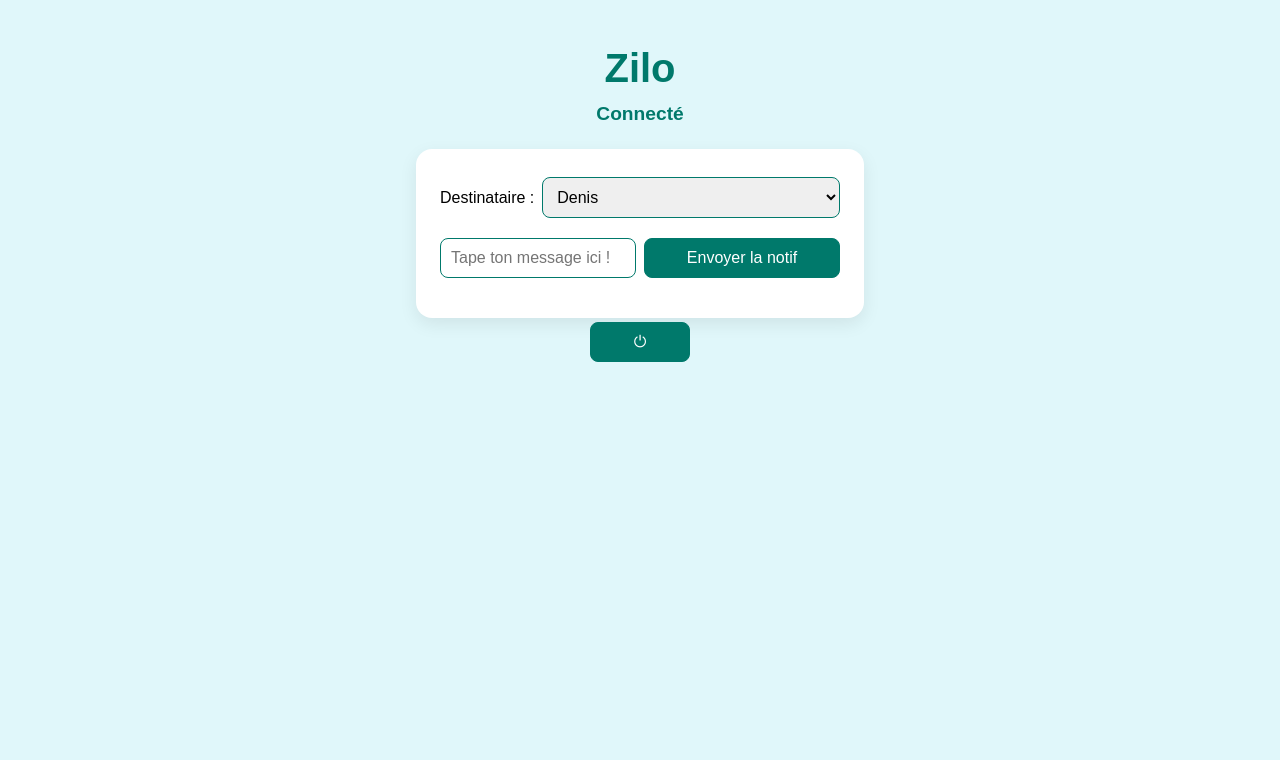
Repository: nlagardere/LumoNet
Page: public/index.html
These files come from the project's save history. The page is drawn as it stood at one moment and after a run of saves; the edit follows.
The browser window is 1280 px wide. The pictures show the whole page.

Above is the page before, as saved 2025-08-18 20:27:31.

After the next 3 saves:
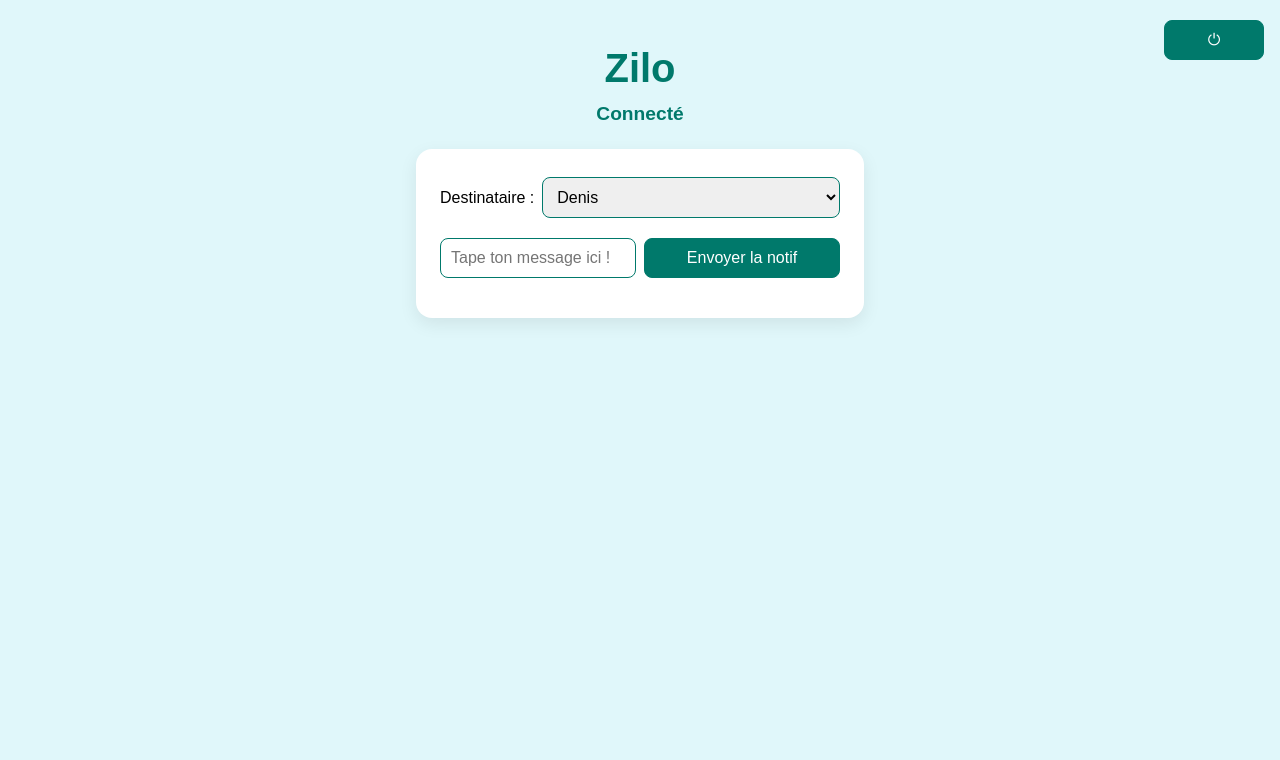
The 3 saves are shown as one change because they came seconds apart.
The last was saved 16 s later.
--- a/public/index.html
+++ b/public/index.html
@@ -77,6 +77,13 @@
       background:#004d40;
     }
 
+    .logout {
+      position:fixed;
+      top:16px;
+      right:16px;
+      z-index:1000;
+    }
+
     @media (max-width: 500px) {
       h1 { font-size:2em; }
       h2 { font-size:1em; }
@@ -104,6 +111,7 @@
   </div>
   <div class="logout">
     <button id="logout">⏻</button>
+  </div>
 
   <script>
     const messageInput = document.getElementById('message');
